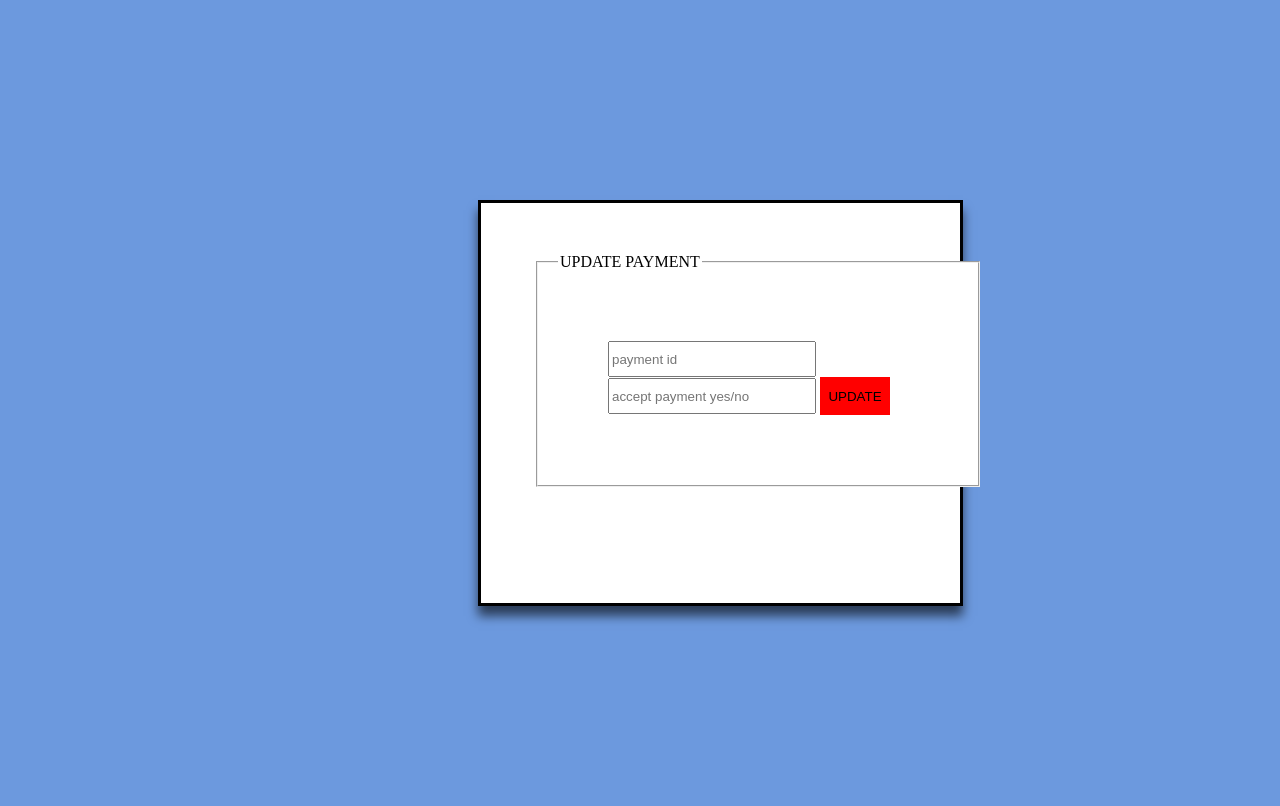
Repository: Nihara-R/Vehicle-Insurance-Portal
Page: http://localhost/paymentupdate.php
These files come from the project's save history. The page is drawn as it stood at one moment and after the next save; the edit follows.
The browser window is 1280 px wide. The pictures show the whole page.
The page is run by PHP 8.4 with error messages shown; the project is at /var/www/html/.

Above is the page before, as saved 2023-06-29 10:36:21.

After the next save:
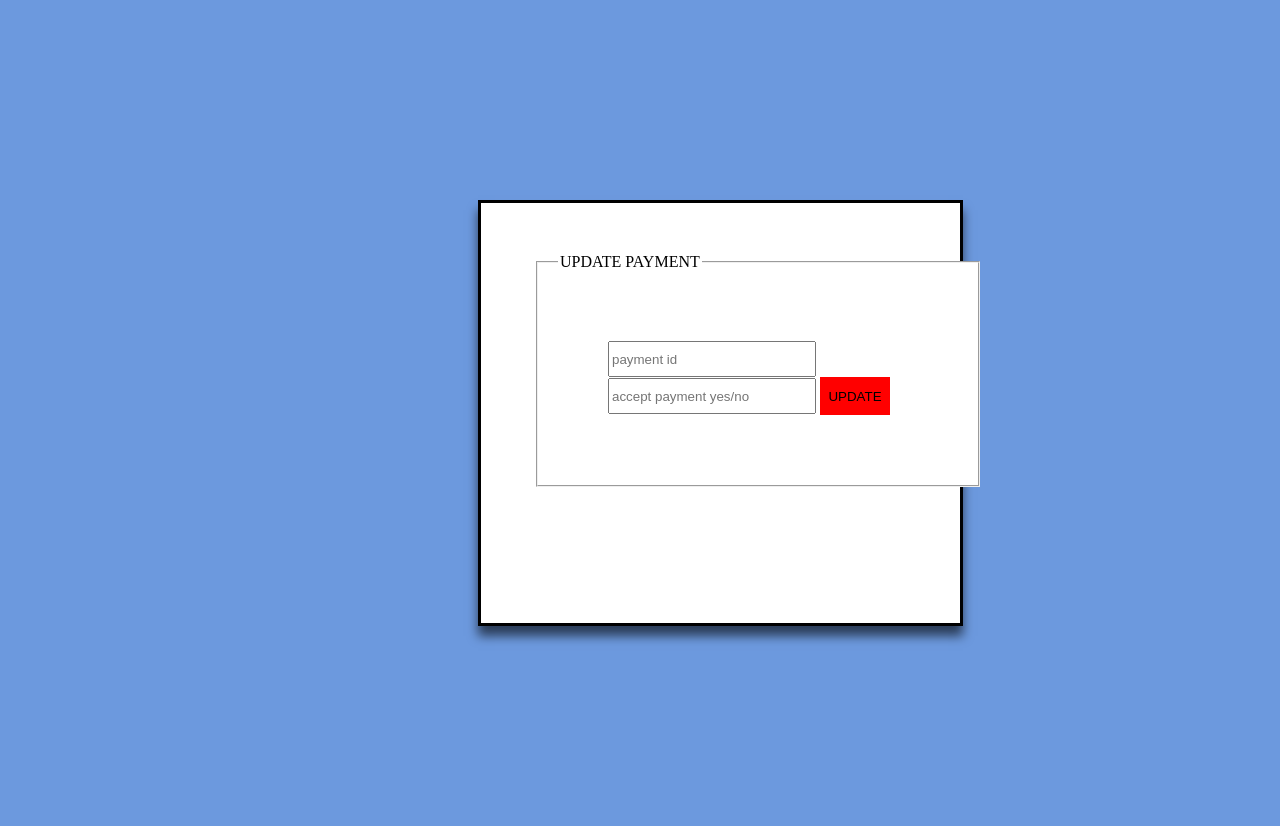
Saved 55 s later.
--- a/css/deletuser.css
+++ b/css/deletuser.css
@@ -18,7 +18,7 @@ margin: 50px;
   margin: 200px;
   margin-left: 470px;
   padding: 50px;
-  height: 300px;
+  height: 320px;
   border: 3px solid black;
   background-color: white;
   box-shadow: 0 10px 10px rgba(0,0, 0, 0.60);
